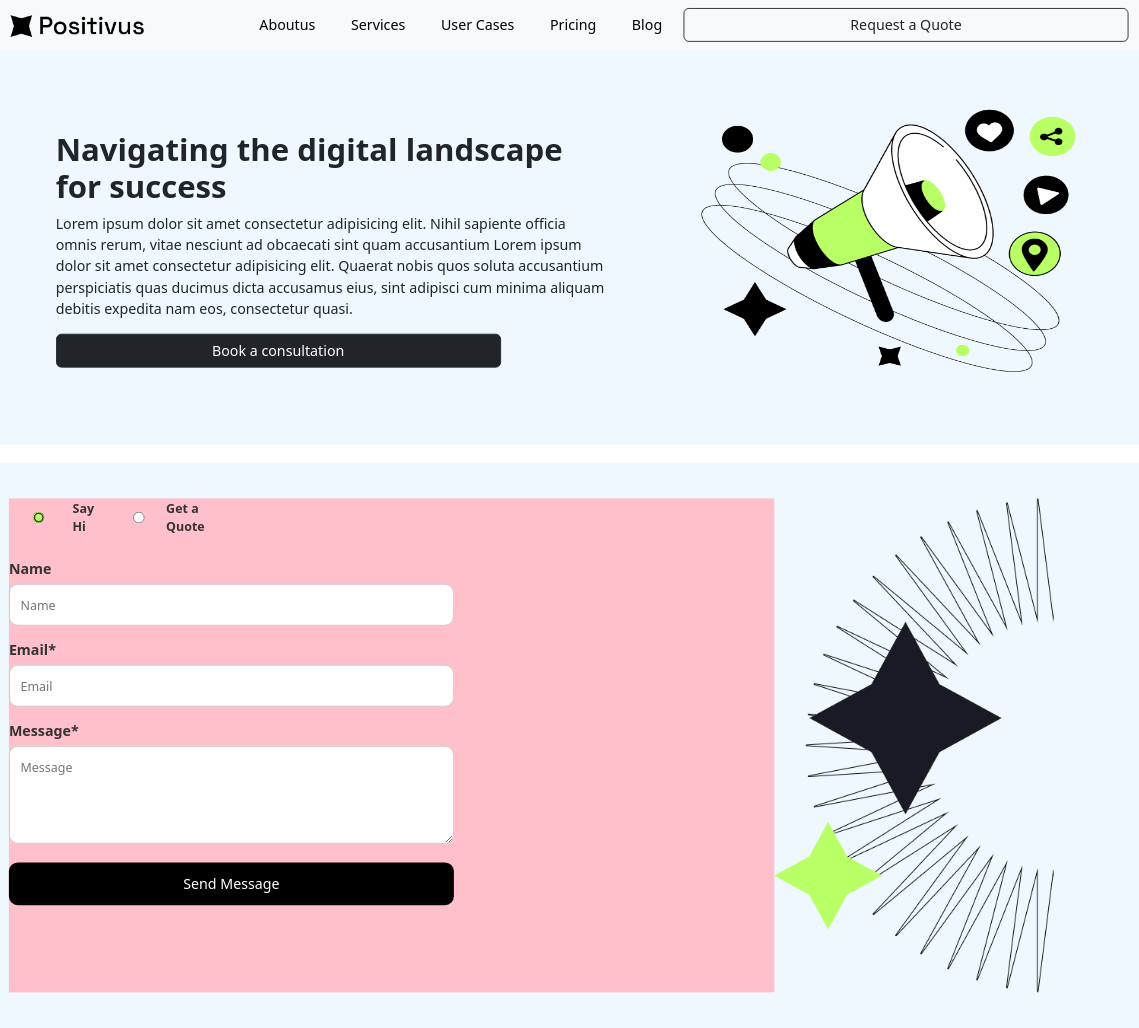
Repository: inshaabbas/CSS-Hackathon-SMIT
Page: index.html
The author's editor kept a copy of each file at every save. The page is drawn from the files as they stood at one save, then again after the next save.
The browser window is 1280 px wide. The pictures show the whole page, at 89% of full size.

Above is the page before, as saved 2025-06-25 10:00:52.

### index.html
<!DOCTYPE html>
<html lang="en">
<head>
    <meta charset="UTF-8">
    <meta name="viewport" content="width=device-width, initial-scale=1.0">
    <title>CSS Hackathon</title>
    <!-- Bootstrap CDN -->
     <link href="https://cdn.jsdelivr.net/npm/bootstrap@5.3.7/dist/css/bootstrap.min.css" rel="stylesheet" integrity="sha384-LN+7fdVzj6u52u30Kp6M/trliBMCMKTyK833zpbD+pXdCLuTusPj697FH4R/5mcr" crossorigin="anonymous">
    <!-- Font Awesome CDN -->
     <link rel="stylesheet" href="https://cdnjs.cloudflare.com/ajax/libs/font-awesome/6.7.2/css/all.min.css" integrity="sha512-Evv84Mr4kqVGRNSgIGL/F/aIDqQb7xQ2vcrdIwxfjThSH8CSR7PBEakCr51Ck+w+/U6swU2Im1vVX0SVk9ABhg==" crossorigin="anonymous" referrerpolicy="no-referrer"/>
    <!-- External Style Sheet -->
     <link rel="stylesheet" href="./style.css">
</head>
<body>
    <!-- Header Section Starts -->
    <header class="container-xxl">
      <div class="fixed-top">
         <nav class="navbar navbar-expand-lg bg-body-tertiary">
  <div class="container-fluid">
    <a class="navbar-brand" href="#"><img src="./Assets/logo.png" alt="Logo" width="150px"></a>
    <button class="navbar-toggler" type="button" data-bs-toggle="collapse" data-bs-target="#navbarSupportedContent" aria-controls="navbarSupportedContent" aria-expanded="false" aria-label="Toggle navigation">
      <span class="navbar-toggler-icon"></span>
    </button>
    <div class="collapse navbar-collapse" id="navbarSupportedContent">
      <ul class="navbar-nav ms-auto me-3 gap-4 mb-2 mb-lg-0">
        <li class="nav-item">
          <a class="nav-link active" aria-current="page" href="#">Aboutus</a>
        </li>
        <li class="nav-item">
          <a class="nav-link active" href="#">Services</a>
        </li>
        <li class="nav-item">
          <a class="nav-link active" aria-disabled="true">User Cases</a>
        </li>
        <li class="nav-item">
          <a class="nav-link active" aria-current="page" href="#">Pricing</a>
        </li>
        <li class="nav-item">
          <a class="nav-link active" aria-current="page" href="#">Blog</a>
        </li>
      </ul>
        <button class="btn btn-outline-dark" type="submit">Request a Quote</button>
      </form>
    </div>
  </div>
</nav>
      </div>
    </header>
    <!-- Header Section Ends -->

    <!-- Hero Section Starts -->
     <section class="hero-sec container-xxl">
        <div class="hero-text">
            <h2>Navigating the digital landscape for success</h2>
            <p>Lorem ipsum dolor sit amet consectetur adipisicing elit. Nihil sapiente officia omnis rerum, vitae nesciunt ad obcaecati sint quam accusantium Lorem ipsum dolor sit amet consectetur adipisicing elit. Quaerat nobis quos soluta accusantium perspiciatis quas ducimus dicta accusamus eius, sint adipisci cum minima aliquam debitis expedita nam eos, consectetur quasi.</p>
            <button type="button" class="btn btn-dark">Book a consultation</button>
        </div>
        <div class="hero-img">
            <img src="./Assets/hero-sec-img.png" alt="Hero Section Img" width="450px" height="330px">
        </div>
     </section>
    <!-- Hero Section Ends -->

     <!-- Contact section Starts -->
     <section class="contact-section">
      <div class="contact-form">
        <form>
          <!-- Radio Buttons -->
          <div class="radio-group">
            <label><input type="radio" name="purpose" checked>Say Hi</label>
            <label><input type="radio" name="purpose"> Get a Quote</label>
          </div>

          <!-- Name -->
          <div class="form-group">
            <label for="name">Name</label>
            <input type="text" id="name" name="name" placeholder="Name" required>
          </div>

          <!-- Email -->
          <div class="form-group">
            <label for="email">Email*</label>
            <input type="email" id="email" name="email" placeholder="Email" required>
          </div>

          <!-- Message -->
          <div class="form-group">
            <label for="message">Message*</label>
            <textarea id="message" name="message" placeholder="Message" rows="4" required></textarea>
          </div>

          <!-- Button -->
          <button type="submit">Send Message</button>
        </form>
       </div>
      <div>
        <img src="./Assets/Contact-img.png" alt="Contact img" width="400px">
      </div>
     </section>







<script src="https://cdn.jsdelivr.net/npm/@popperjs/core@2.11.8/dist/umd/popper.min.js" integrity="sha384-I7E8VVD/ismYTF4hNIPjVp/Zjvgyol6VFvRkX/vR+Vc4jQkC+hVqc2pM8ODewa9r" crossorigin="anonymous"></script>
<script src="https://cdn.jsdelivr.net/npm/bootstrap@5.3.7/dist/js/bootstrap.min.js" integrity="sha384-7qAoOXltbVP82dhxHAUje59V5r2YsVfBafyUDxEdApLPmcdhBPg1DKg1ERo0BZlK" crossorigin="anonymous"></script>
</body>
</html>

### style.css
.hover-img{
    transition: transform 0.3s ease;
}

.hover-img:hover{
    transform: scale(1.1);
}

.hero-sec{
    display: flex;
    justify-content: space-around;
    align-items: center;
    padding: 20px;
    height: 500px;
    background-color: aliceblue;
    padding-top: 80px;
}

.hero-text{
    width: 50%;
}

.hero-text h2{
    font-size: 35px;
    font-weight: bold;
}

@media screen and (max-width: 1010px) {
    .hero-img img{
        width: 350px;
        height: 300px;
    }
    .hero-sec{
        height: auto;
    }
}

@media screen and (max-width: 800px){
    .hero-sec{
        flex-direction: column;
        gap: 50px;
    }

    .hero-text{
    width: 100%;
}
}

/* Hero Section End */

/* Contact Section Starts */

.contact-section{
    display: flex;
    justify-content: space-between;
    /* height: 400px; */
    height: auto;
    background-color: aliceblue;
    margin-top: 20px;
    padding: 40px 10px;
}

.contact-form{
    background-color: pink;
    width: 100%;
}

.radio-group {
  display: flex;
  gap: 20px;
  margin-bottom: 20px;
  font-size: 14px;
}

.radio-group label{
  display: flex;
  align-items: center;
  gap: 5px;
  font-size: 14px;
  color: #333;
  cursor: pointer;
  width: 100px;
}


input[type="radio"] {
  accent-color: #b9ff66;
}

.form-group {
  margin-bottom: 15px;
}

label {
  display: block;
  margin-bottom: 5px;
  font-weight: bold;
  color: #333;
}

input,
textarea {
  width: 100%;
  max-width: 500px;
  padding: 12px;
  font-size: 14px;
  border: 1px solid #ccc;
  border-radius: 10px;
  box-sizing: border-box;
}

button {
  background-color: #000;
  color: #fff;
  border: none;
  padding: 12px;
  width: 100%;
  max-width: 500px;
  border-radius: 10px;
  font-size: 16px;
  cursor: pointer;
  transition: background-color 0.3s;
}

button:hover {
  background-color: #333;
}

After the next save:
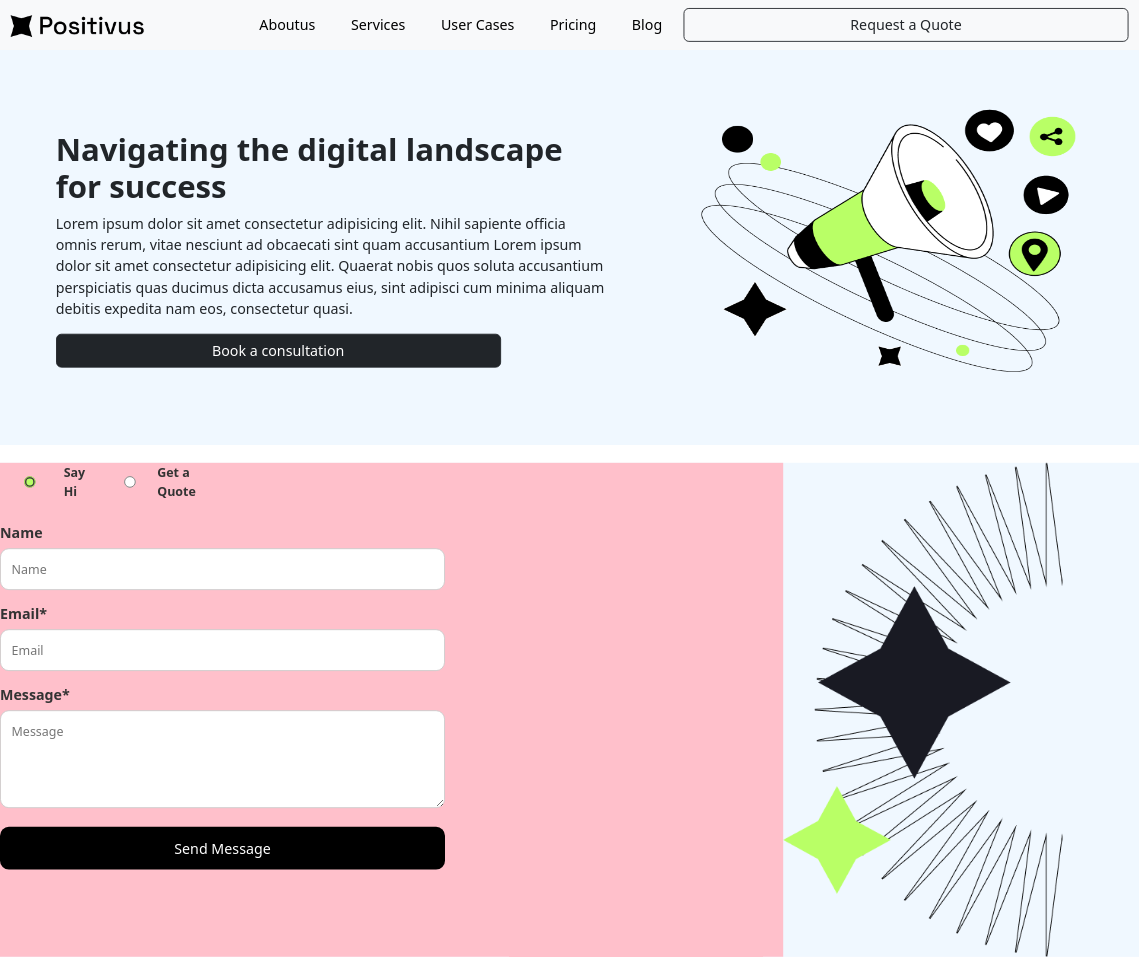
Saved 22 s later.
--- a/style.css
+++ b/style.css
@@ -57,7 +57,7 @@
     height: auto;
     background-color: aliceblue;
     margin-top: 20px;
-    padding: 40px 10px;
+    /* padding: 40px 10px; */
 }
 
 .contact-form{

After the save that followed:
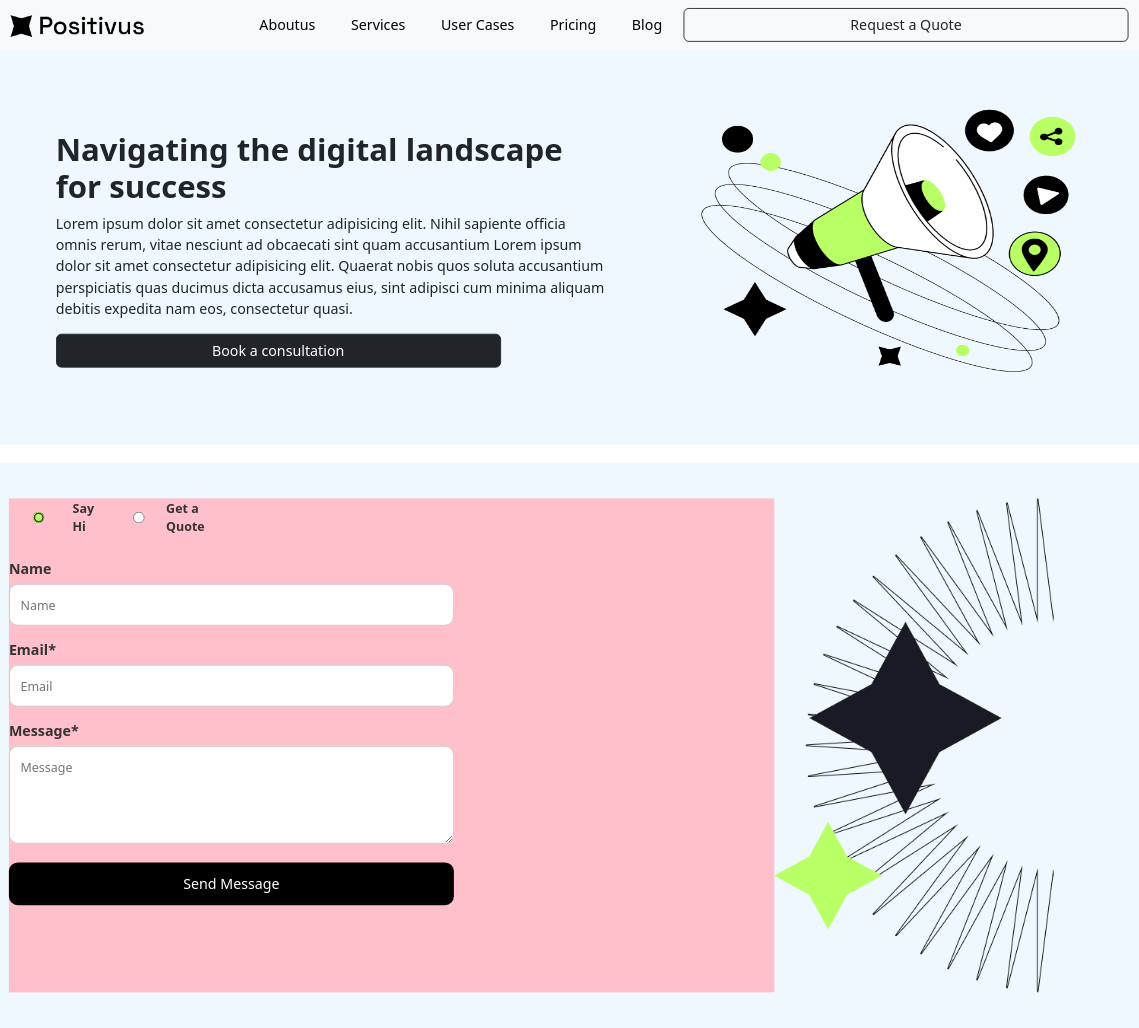
Saved 7 s later.
--- a/style.css
+++ b/style.css
@@ -57,7 +57,7 @@
     height: auto;
     background-color: aliceblue;
     margin-top: 20px;
-    /* padding: 40px 10px; */
+    padding: 40px 10px;
 }
 
 .contact-form{
